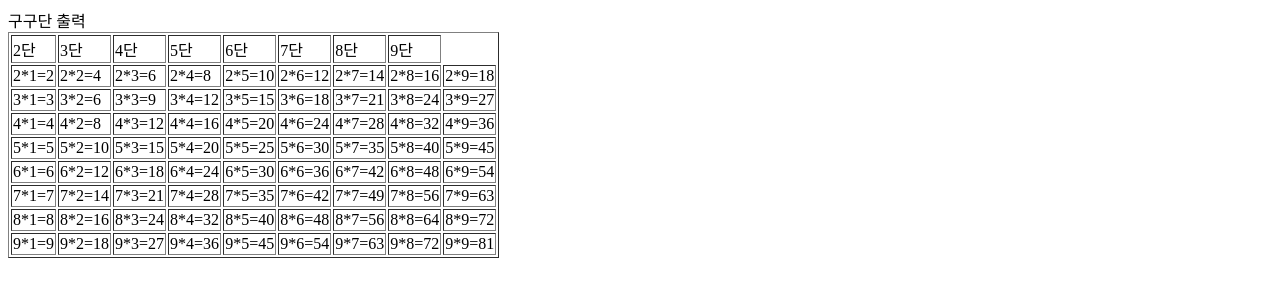
Repository: parkmyounghoi/20201113
Page: http://localhost/20201109/ex0501.jsp
The author's editor kept a copy of each file at every save. The page is drawn from the files as they stood at one save, then again after the next save.
The browser window is 1280 px wide. The pictures show the whole page.
The page is served by Tomcat 9.

Above is the page before, as saved 2020-11-09 02:24:59.

### 20201109/WebContent/ex0501.jsp
<%@ page language="java" contentType="text/html; charset=UTF-8"
    pageEncoding="UTF-8"%>
<!DOCTYPE html>
<html>
<head>
<meta charset="UTF-8">
<title>Insert title here</title>
</head>
<body>
구구단 출력
<table border="1">
	<tr>
		<td>2단</td><td>3단</td><td>4단</td><td>5단</td>
		<td>6단</td><td>7단</td><td>8단</td><td>9단</td>
	</tr>
<%
	for(int i = 2; i<10; i++){
		out.println("<tr>");
		for(int j = 1; j<10; j++){
			out.println("<td>"+i+"*"+j+"="+(j*i)+"</td>");
		}
		out.println("</tr>");
	}
%>
</table>
</body>
</html>

After the next save:
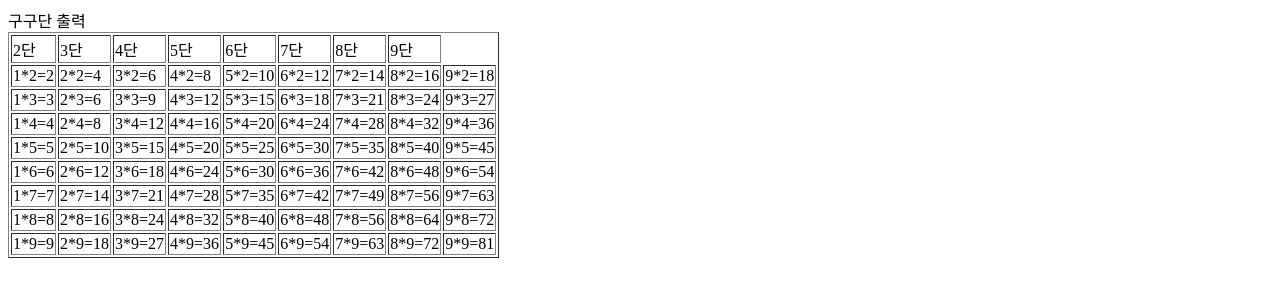
Saved 26 s later.
--- a/20201109/WebContent/ex0501.jsp
+++ b/20201109/WebContent/ex0501.jsp
@@ -17,7 +17,7 @@
 	for(int i = 2; i<10; i++){
 		out.println("<tr>");
 		for(int j = 1; j<10; j++){
-			out.println("<td>"+i+"*"+j+"="+(j*i)+"</td>");
+			out.println("<td>"+j+"*"+i+"="+(j*i)+"</td>");
 		}
 		out.println("</tr>");
 	}

After the save that followed:
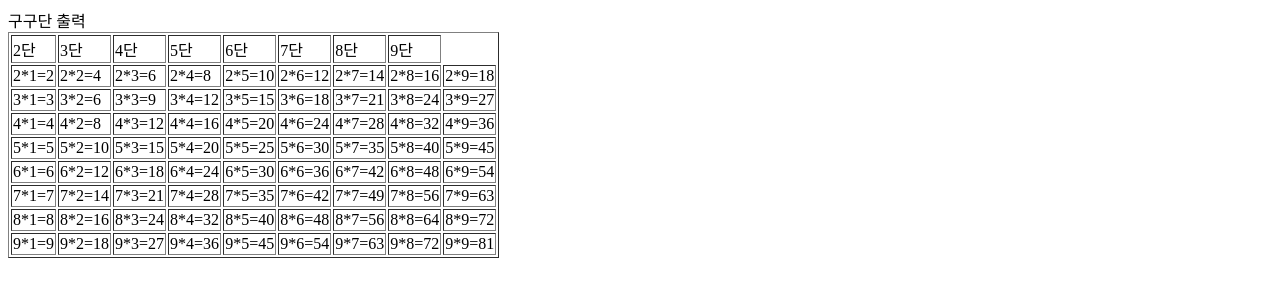
Saved 19 s later.
--- a/20201109/WebContent/ex0501.jsp
+++ b/20201109/WebContent/ex0501.jsp
@@ -17,7 +17,7 @@
 	for(int i = 2; i<10; i++){
 		out.println("<tr>");
 		for(int j = 1; j<10; j++){
-			out.println("<td>"+j+"*"+i+"="+(j*i)+"</td>");
+			out.println("<td>"+i+"*"+j+"="+(j*i)+"</td>");
 		}
 		out.println("</tr>");
 	}
